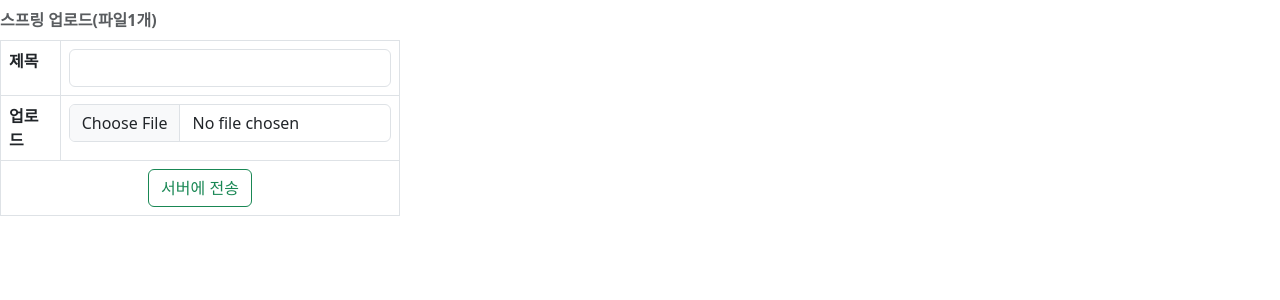
Repository: ssung2sin/sist0615_spring
Page: http://localhost/SpringMvcRead5/naver/form4
These files come from the project's save history. The page is drawn as it stood at one moment and after the next save; the edit follows.
The browser window is 1280 px wide. The pictures show the whole page.
Some web fonts or font styles are not loaded; a fallback is used. The page is served by Tomcat 9.

Above is the page before, as saved 2023-10-11 01:25:37.

After the next save:
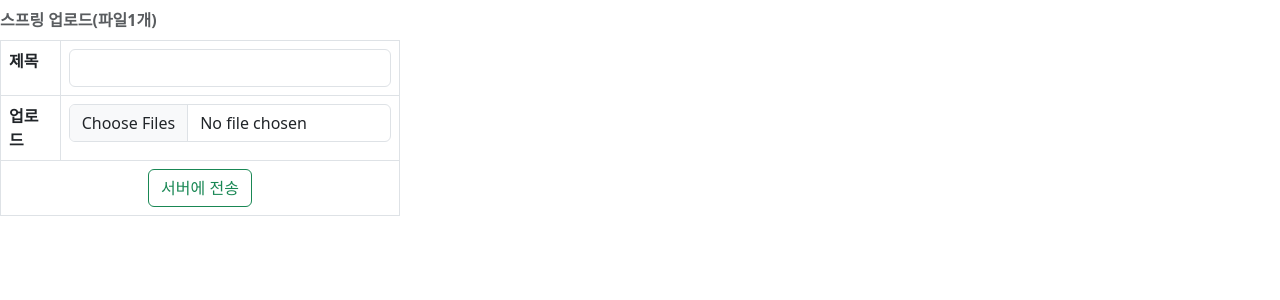
Saved 61 s later.
--- a/SpringMvcRead5/src/main/webapp/WEB-INF/upload/uploadForm1.jsp
+++ b/SpringMvcRead5/src/main/webapp/WEB-INF/upload/uploadForm1.jsp
@@ -24,7 +24,7 @@
 			<tr>
 				<th>업로드</th>
 				<td>
-					<input type="file" name="photo" class="form-control">
+					<input type="file" name="photo" class="form-control" multiple="multiple">
 				</td>
 			</tr>
 			<tr>
